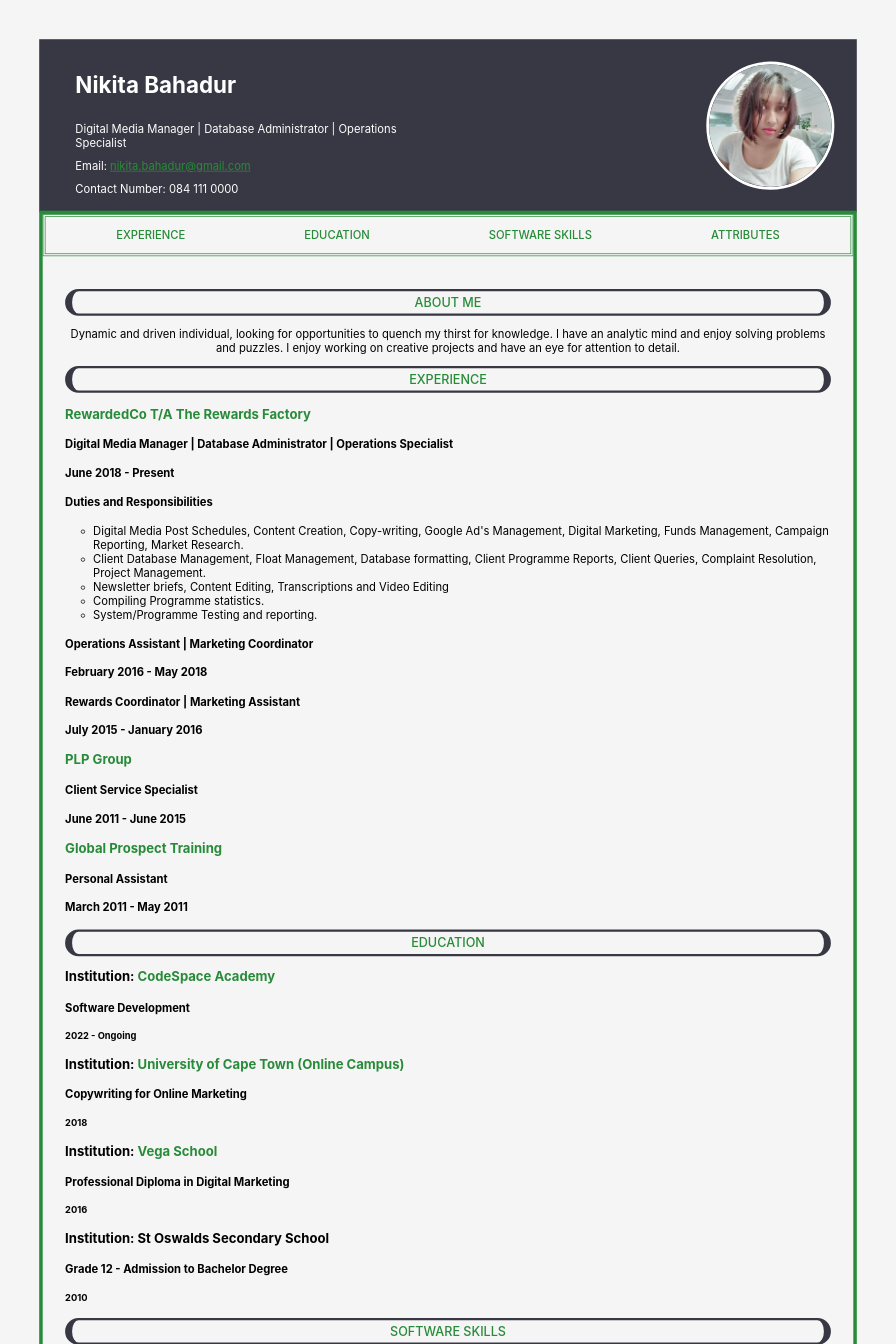
Repository: acidpixie/Resume-Example
Page: index.html
These files come from the project's save history. The page is drawn as it stood at one moment and after the next save; the edit follows.
The browser window is 1280 px wide. The pictures show the part of the page from y = 0 to 1920 px (the page is 2664 px tall), at 70% of full size.

Above is the page before, as saved 2022-03-03 18:02:36.

After the next save:
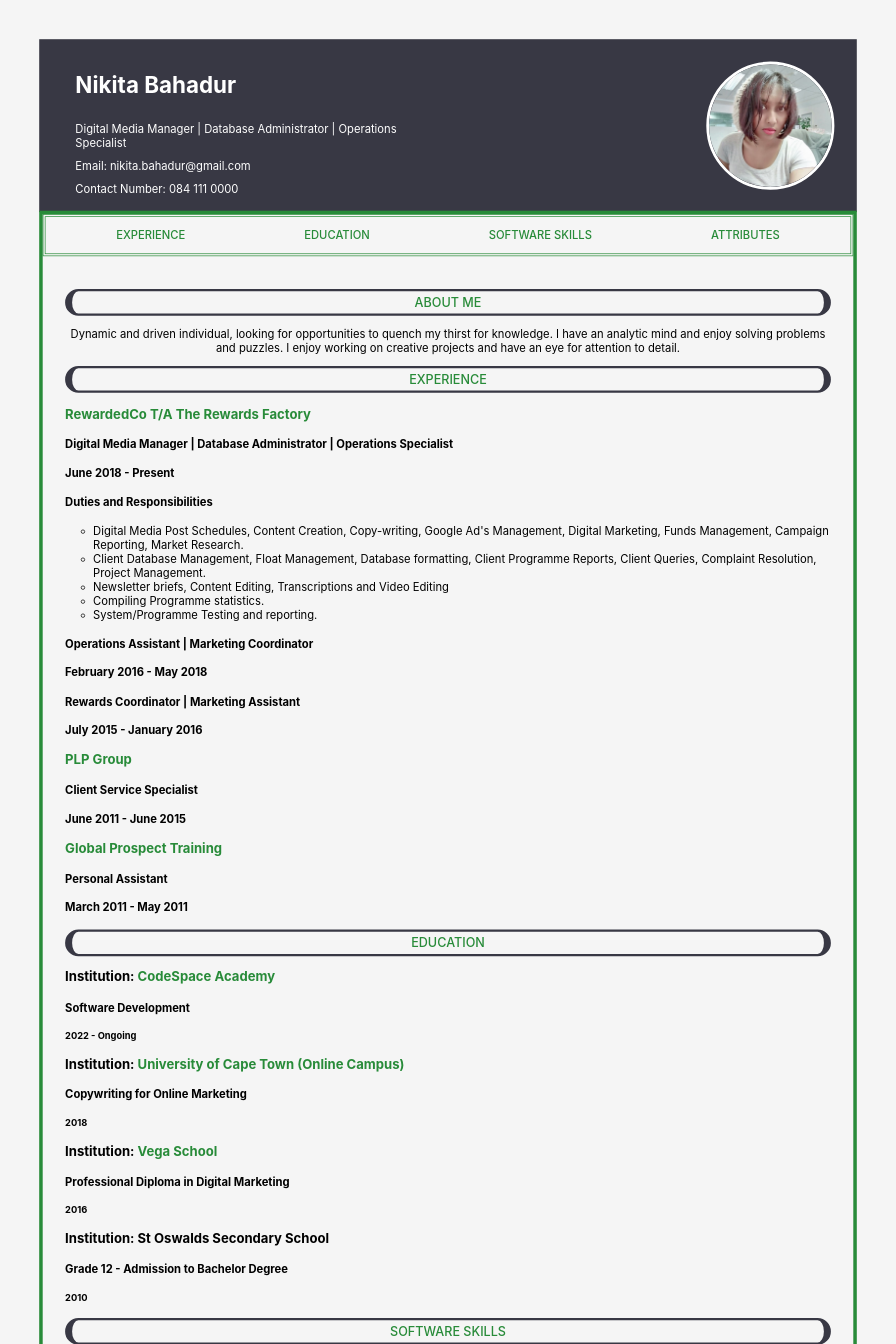
Saved 35 s later.
--- a/index.html
+++ b/index.html
@@ -15,8 +15,9 @@
     <ul class="InfoList">
     <li><h1>Nikita Bahadur</h1></li>
     <li>Digital Media Manager | Database Administrator | Operations Specialist</li>
-    <li>Email: <a href = "mailto:nikita.bahadur@gmail.com">nikita.bahadur@gmail.com</a></li>
+    <li>Email: nikita.bahadur@gmail.com</li>
     <li>Contact Number: 084 111 0000</li>
+
     </ul>
     </div>
 
